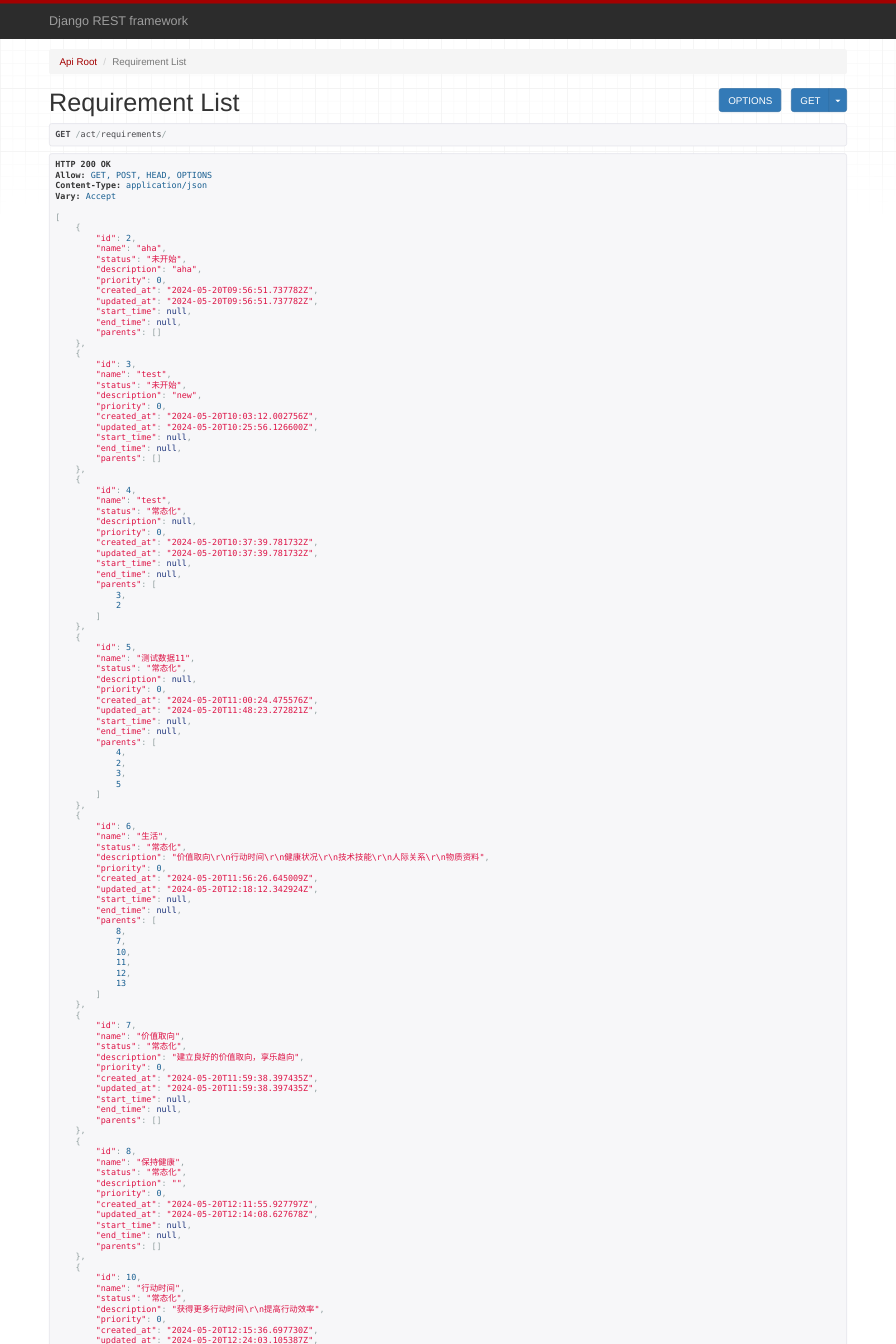
Repository: Floweroid/proj_mana
Page: http://localhost/act/requirements/
The author's editor kept a copy of each file at every save. The page is drawn from the files as they stood at one save, then again after a run of saves.
The browser window is 1280 px wide. The pictures show the part of the page from y = 0 to 1920 px (the page is 3249 px tall before and 2859 px after), at 70% of full size.
Backgrounds fixed to the window are drawn as part of the page. The page is served by the project's application, run on Django 4.2 (manage.py). Other server files are loaded and not shown. The page reads the database file committed with the project.

Above is the page before, as saved 2024-05-20 09:38:25.

### act/models.py


from django.db import models

class Requirement(models.Model):
    name = models.CharField(max_length=100, verbose_name='名称')
    STATUS_CHOICES = (
        ('常态化', '常态化'),
        ('已取消', '已取消'),
        ('已完成', '已完成'),
        ('进行中', '进行中'),
        ('未开始', '未开始'),
    )
    status = models.CharField(max_length=10, choices=STATUS_CHOICES, verbose_name='状态', default='未开始')
    description = models.TextField(verbose_name='描述', null=True,blank=True)
    priority = models.IntegerField(verbose_name='优先级', default=0)
    created_at = models.DateTimeField(auto_now_add=True, verbose_name='创建时间')
    updated_at = models.DateTimeField(auto_now=True, verbose_name='更新时间')
    parents = models.ManyToManyField('self', through='RequirementRelationship', symmetrical=False, verbose_name='父需求')

    start_time = models.DateTimeField(verbose_name='开始时间', null=True, blank=True)
    end_time = models.DateTimeField(verbose_name='结束时间', null=True, blank=True)

    def __str__(self):
        return f"#{self.id}.{self.name}"

class RequirementRelationship(models.Model):
    from_requirement = models.ForeignKey(Requirement, related_name='from_requirements', on_delete=models.CASCADE,verbose_name='源需求')
    to_requirement = models.ForeignKey(Requirement, related_name='to_requirements', on_delete=models.CASCADE,verbose_name='衍生需求')
    created_at = models.DateTimeField(auto_now_add=True)
    updated_at = models.DateTimeField(auto_now=True)

    def __str__(self):
        return f"{self.from_requirement}->{self.to_requirement}"




class Note(models.Model):
    name = models.CharField(max_length=100, verbose_name='笔记名称')
    description = models.TextField(verbose_name='笔记',null=True)
    created_at = models.DateTimeField(auto_now_add=True, verbose_name='创建时间')
    updated_at = models.DateTimeField(auto_now=True, verbose_name='更新时间')

    def __str__(self):
        return self.name

### act/serializers.py
# serializers.py
from rest_framework import serializers
from .models import Note, Requirement, RequirementRelationship



class NoteSerializer(serializers.ModelSerializer):
    class Meta:
        model = Note
        fields = '__all__'



from rest_framework import serializers
from .models import Requirement, RequirementRelationship

class RequirementSerializer(serializers.ModelSerializer):
    parents = serializers.PrimaryKeyRelatedField(queryset=Requirement.objects.all(), many=True, required=False)

    class Meta:
        model = Requirement
        fields = ['id', 'name', 'status', 'description', 'priority', 'created_at', 'updated_at', 'start_time', 'end_time', 'parents']
        read_only_fields = ['created_at', 'updated_at']

    def create(self, validated_data):
        parents = validated_data.pop('parents', [])
        requirement = Requirement.objects.create(**validated_data)
        for parent in parents:
            RequirementRelationship.objects.create(from_requirement=parent, to_requirement=requirement)
        return requirement

    def update(self, instance, validated_data):
        parents = validated_data.pop('parents', None)
        if parents is not None:
            instance.parents.clear()
            for parent in parents:
                RequirementRelationship.objects.create(from_requirement=parent, to_requirement=instance)
        return super().update(instance, validated_data)

### act/views.py
# views.py

from rest_framework.views import APIView
from rest_framework.response import Response
from rest_framework import viewsets,status
from .models import Note, Requirement
from .serializers import NoteSerializer, RequirementSerializer

class NoteViewSet(viewsets.ModelViewSet):
    queryset = Note.objects.all()
    serializer_class = NoteSerializer

class RequirementViewSet(viewsets.ModelViewSet):
    queryset = Requirement.objects.all()
    serializer_class = RequirementSerializer

    def create(self, request, *args, **kwargs):
        if isinstance(request.data, list):
            # If the input is a list, process each item individually
            serializer = self.get_serializer(data=request.data, many=True)
        else:
            # If the input is not a list, process a single item
            serializer = self.get_serializer(data=request.data)

        serializer.is_valid(raise_exception=True)
        self.perform_create(serializer)

        headers = self.get_success_headers(serializer.data)
        return Response(serializer.data, status=status.HTTP_201_CREATED, headers=headers)

### proj_mana/urls.py
"""
URL configuration for proj_mana project.

The `urlpatterns` list routes URLs to views. For more information please see:
    https://docs.djangoproject.com/en/4.2/topics/http/urls/
Examples:
Function views
    1. Add an import:  from my_app import views
    2. Add a URL to urlpatterns:  path('', views.home, name='home')
Class-based views
    1. Add an import:  from other_app.views import Home
    2. Add a URL to urlpatterns:  path('', Home.as_view(), name='home')
Including another URLconf
    1. Import the include() function: from django.urls import include, path
    2. Add a URL to urlpatterns:  path('blog/', include('blog.urls'))
"""
from django.contrib import admin
from django.urls import include, path

urlpatterns = [
    path("plan/", include("plan.urls")),
    path("req/", include("req_doc.urls")),
    path("act/", include("act.urls")),
    path('admin/', admin.site.urls),

]

### req_doc/urls.py
# urls.py
from django.urls import path, include
from rest_framework.routers import DefaultRouter
from .views import ProjectViewSet, DefinitionViewSet, RequirementViewSet

router = DefaultRouter()
router.register(r'projects', ProjectViewSet)
router.register(r'definitions', DefinitionViewSet)
router.register(r'requirements', RequirementViewSet)

urlpatterns = [
    path('', include(router.urls)),
]

### act/urls.py
# urls.py
from django.urls import path, include
from rest_framework.routers import DefaultRouter
from .views import RequirementViewSet

router = DefaultRouter()
router.register(r'requirements', RequirementViewSet)

urlpatterns = [
    path('', include(router.urls)),
    ]

### db.sqlite3 (the tables this page reads, as SQL)
CREATE TABLE "act_requirement" ("id" integer NOT NULL PRIMARY KEY AUTOINCREMENT, "name" varchar(100) NOT NULL, "status" varchar(10) NOT NULL, "description" text NULL, "priority" integer NOT NULL, "created_at" datetime NOT NULL, "updated_at" datetime NOT NULL, "end_time" datetime NULL, "start_time" datetime NULL);
INSERT INTO "act_requirement" VALUES
(2, 'aha', '未开始', 'aha', 0, '2024-05-20 09:56:51.737782', '2024-05-20 09:56:51.737782', NULL, NULL),
(3, 'test', '未开始', 'new', 0, '2024-05-20 10:03:12.002756', '2024-05-20 10:25:56.126600', NULL, NULL),
(4, 'test', '常态化', NULL, 0, '2024-05-20 10:37:39.781732', '2024-05-20 10:37:39.781732', NULL, NULL),
(5, '测试数据11', '常态化', NULL, 0, '2024-05-20 11:00:24.475576', '2024-05-20 11:48:23.272821', NULL, NULL),
(6, '生活', '常态化', '价值取向
行动时间
健康状况
技术技能
人际关系
物质资料', 0, '2024-05-20 11:56:26.645009', '2024-05-20 12:18:12.342924', NULL, NULL),
(7, '价值取向', '常态化', '建立良好的价值取向，享乐趋向', 0, '2024-05-20 11:59:38.397435', '2024-05-20 11:59:38.397435', NULL, NULL),
(8, '保持健康', '常态化', '', 0, '2024-05-20 12:11:55.927797', '2024-05-20 12:14:08.627678', NULL, NULL),
(10, '行动时间', '常态化', '获得更多行动时间
提高行动效率', 0, '2024-05-20 12:15:36.697730', '2024-05-20 12:24:03.105387', NULL, NULL),
(11, '技术技能', '常态化', '', 0, '2024-05-20 12:16:13.933418', '2024-05-20 12:23:20.174090', NULL, NULL),
(12, '物质资料', '常态化', '', 0, '2024-05-20 12:16:43.565997', '2024-05-20 12:22:35.271229', NULL, NULL),
(13, '人际关系', '常态化', '', 0, '2024-05-20 12:17:26.345968', '2024-05-20 12:17:26.345968', NULL, NULL);

CREATE TABLE "act_requirementrelationship" ("id" integer NOT NULL PRIMARY KEY AUTOINCREMENT, "created_at" datetime NOT NULL, "updated_at" datetime NOT NULL, "from_requirement_id" bigint NOT NULL REFERENCES "act_requirement" ("id") DEFERRABLE INITIALLY DEFERRED, "to_requirement_id" bigint NOT NULL REFERENCES "act_requirement" ("id") DEFERRABLE INITIALLY DEFERRED);
INSERT INTO "act_requirementrelationship" VALUES
(2, '2024-05-20 10:37:39.790740', '2024-05-20 10:37:39.790740', 4, 3),
(3, '2024-05-20 10:37:39.790740', '2024-05-20 10:37:39.790740', 4, 2),
(4, '2024-05-20 11:00:24.483582', '2024-05-20 11:00:24.483582', 5, 4),
(5, '2024-05-20 11:00:24.484583', '2024-05-20 11:00:24.484583', 5, 2),
(6, '2024-05-20 11:00:24.484583', '2024-05-20 11:00:24.484583', 5, 3),
(7, '2024-05-20 11:47:50.992612', '2024-05-20 11:47:50.992612', 5, 5),
(8, '2024-05-20 12:14:10.367260', '2024-05-20 12:14:10.367260', 6, 8),
(9, '2024-05-20 12:18:14.080741', '2024-05-20 12:18:14.080741', 6, 7),
(10, '2024-05-20 12:18:14.081742', '2024-05-20 12:18:14.081742', 6, 10),
(11, '2024-05-20 12:18:14.081742', '2024-05-20 12:18:14.081742', 6, 11),
(12, '2024-05-20 12:18:14.081742', '2024-05-20 12:18:14.081742', 6, 12),
(13, '2024-05-20 12:18:14.081742', '2024-05-20 12:18:14.081742', 6, 13);

Loaded but not shown: plan/urls.py (common file)

After the next 2 saves:
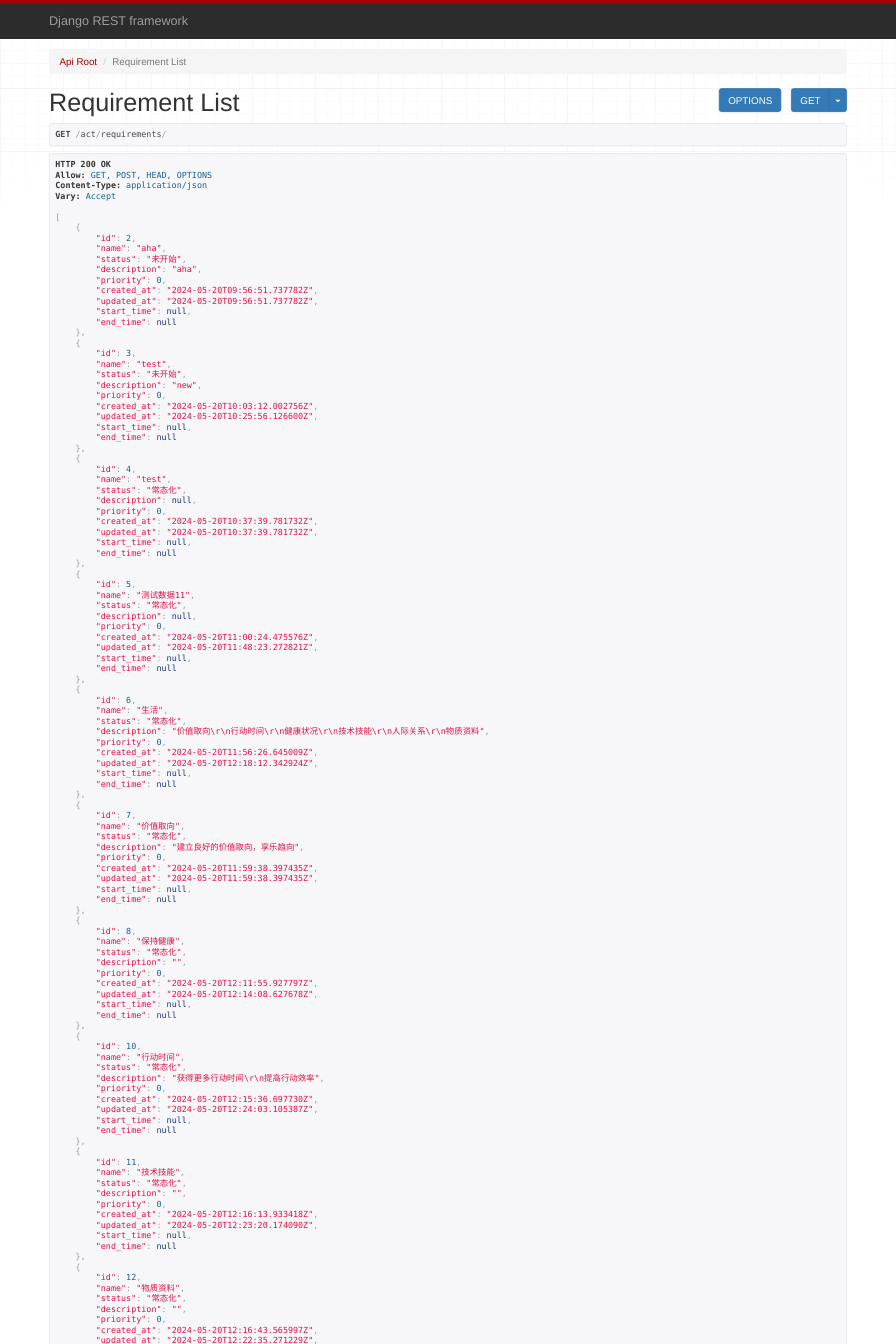
The 2 saves are shown as one change because 1 did not build or start.
The last was saved 6 min 23 s later.
--- a/act/serializers.py
+++ b/act/serializers.py
@@ -15,11 +15,11 @@
 from .models import Requirement, RequirementRelationship
 
 class RequirementSerializer(serializers.ModelSerializer):
-    parents = serializers.PrimaryKeyRelatedField(queryset=Requirement.objects.all(), many=True, required=False)
+    children = serializers.PrimaryKeyRelatedField(queryset=Requirement.objects.all(), many=True, required=False)
 
     class Meta:
         model = Requirement
-        fields = ['id', 'name', 'status', 'description', 'priority', 'created_at', 'updated_at', 'start_time', 'end_time', 'parents']
+        fields = ['id', 'name', 'status', 'description', 'priority', 'created_at', 'updated_at', 'start_time', 'end_time', 'children']
         read_only_fields = ['created_at', 'updated_at']
 
     def create(self, validated_data):

After the save that followed:
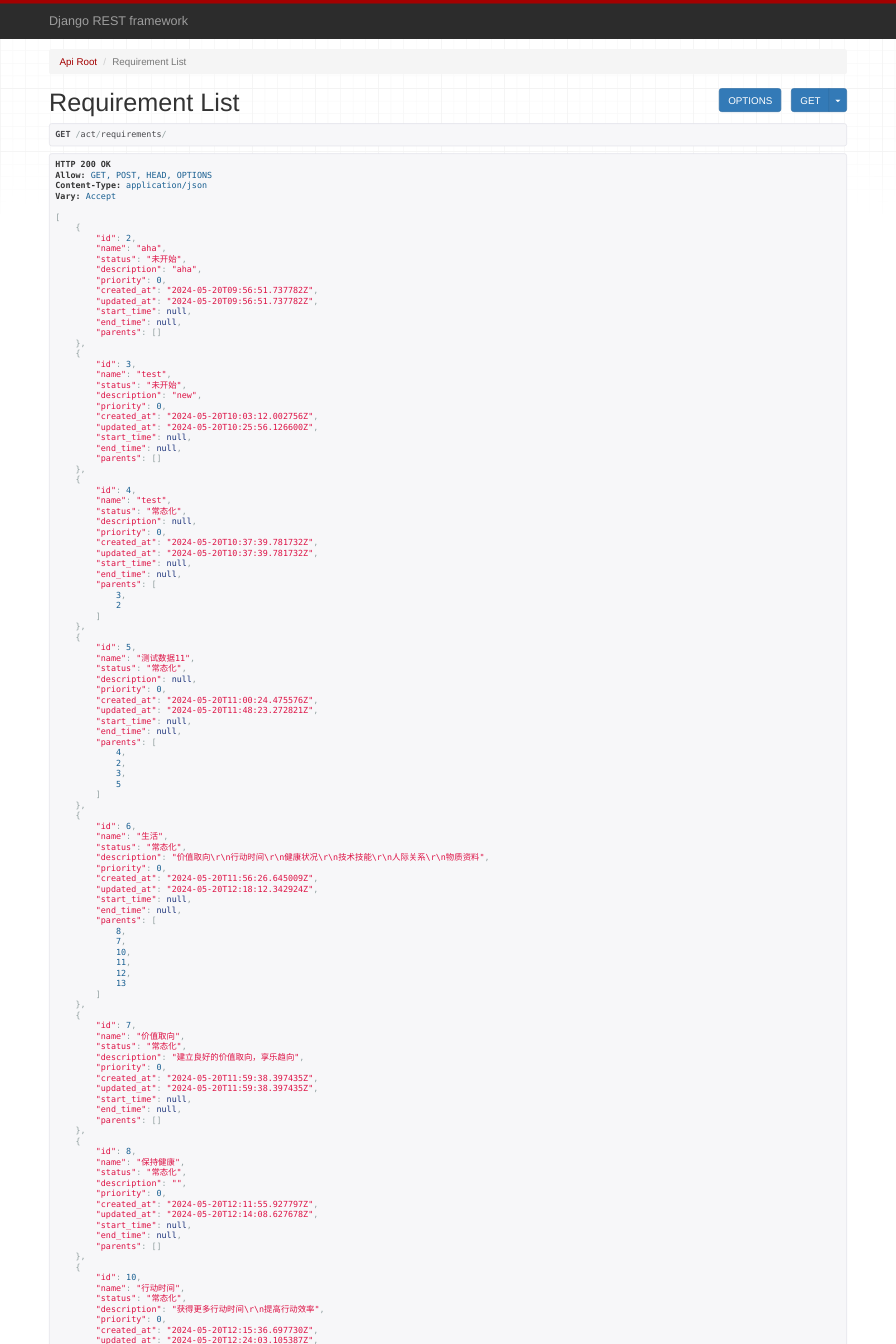
Saved 14 s later.
--- a/act/serializers.py
+++ b/act/serializers.py
@@ -15,11 +15,11 @@
 from .models import Requirement, RequirementRelationship
 
 class RequirementSerializer(serializers.ModelSerializer):
-    children = serializers.PrimaryKeyRelatedField(queryset=Requirement.objects.all(), many=True, required=False)
+    parents = serializers.PrimaryKeyRelatedField(queryset=Requirement.objects.all(), many=True, required=False)
 
     class Meta:
         model = Requirement
-        fields = ['id', 'name', 'status', 'description', 'priority', 'created_at', 'updated_at', 'start_time', 'end_time', 'children']
+        fields = ['id', 'name', 'status', 'description', 'priority', 'created_at', 'updated_at', 'start_time', 'end_time', 'parents']
         read_only_fields = ['created_at', 'updated_at']
 
     def create(self, validated_data):
